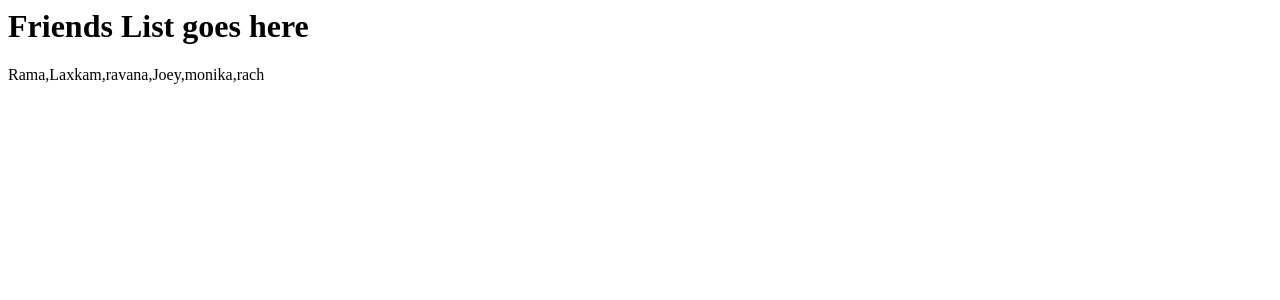
Repository: manojsatya/Web_development
Page: http://localhost/friends
These files come from the project's save history. The page is drawn as it stood at one moment and after a run of saves; the edit follows.
The browser window is 1280 px wide. The pictures show the whole page.
The page is served by the project's Node server (app.js).

Above is the page before, as saved 2019-06-12 18:27:40.

### bootcamp/PostRequestDemo/views/friends.ejs
<h1> Friends List goes here </h1>

<%= friends%>

### bootcamp/PostRequestDemo/app.js
var express = require("express");
var app = express();

app.set("view engine", "ejs");

app.get("/", function(req, res){
    res.render("home");
});

app.get("/friends", function(req, res){
    var friends = ["Rama", "Laxkam", "ravana", "Joey","monika","rach"];
    res.render("friends",{friends: friends});
});

app.listen(3000, function(){
    console.log("Server has started");
});

After the next 3 saves:
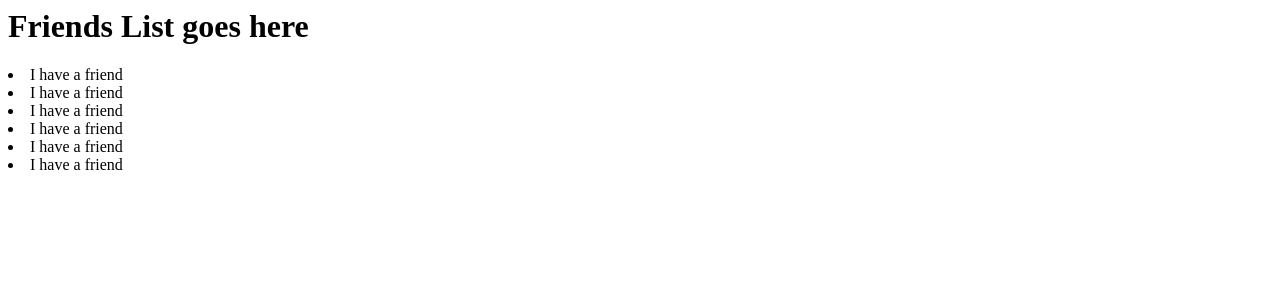
The 3 saves are shown as one change because 2 did not build or start.
The last was saved 3 min 33 s later.
--- a/bootcamp/PostRequestDemo/views/friends.ejs
+++ b/bootcamp/PostRequestDemo/views/friends.ejs
@@ -1,3 +1,5 @@
 <h1> Friends List goes here </h1>
 
-<%= friends%>
+<% friends.forEach(function(friend){ %>
+    <li> I have a friend </li>
+<% }); %>
